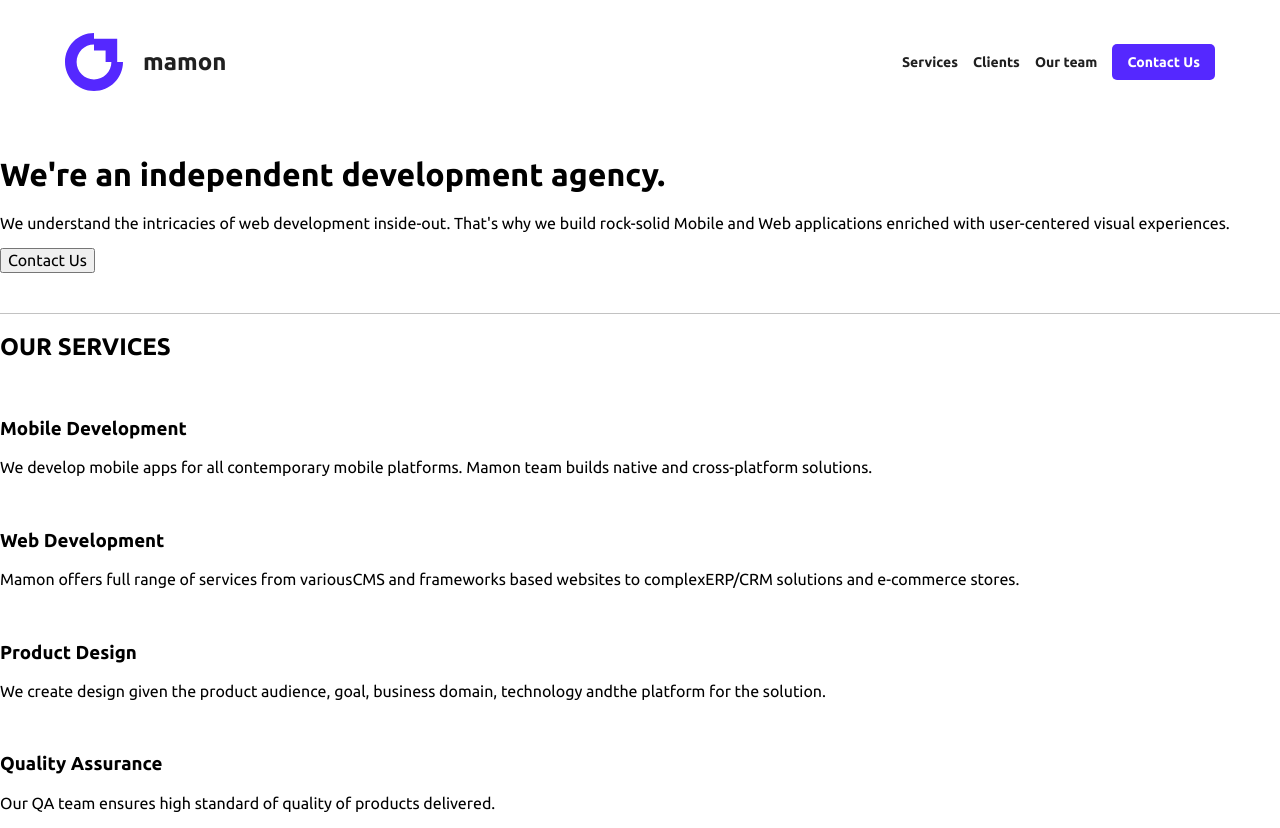
Repository: Vitalii23081984/testHGC
Page: index.html
An editor plug-in stored every save of this project. The page is shown before and after the next save, followed by the edit.
The browser window is 1280 px wide. The pictures show the whole page.

Above is the page before, as saved 2022-11-20 11:58:13.

After the next save:
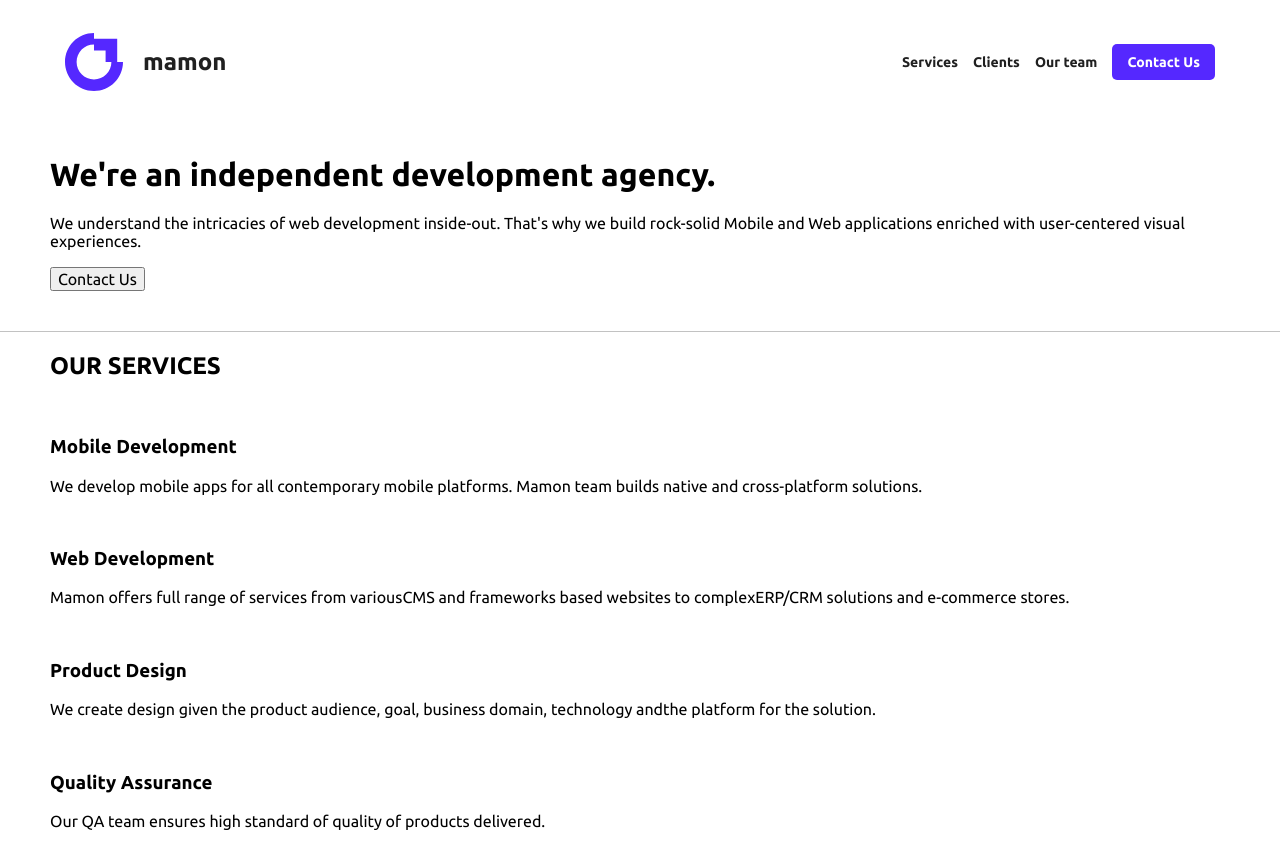
Saved 2 h 39 min later.
--- a/css/style.css
+++ b/css/style.css
@@ -14,6 +14,14 @@
     align-items: center;
     box-sizing: border-box;
     font-weight: 700;
+}
+.wrap {
+    width: 100%;
+    max-width: 1180px;
+    margin: 0 auto;
+    padding-left: 15px;
+    padding-right: 15px;
+
 }
 .nav {
     list-style-type: none;
